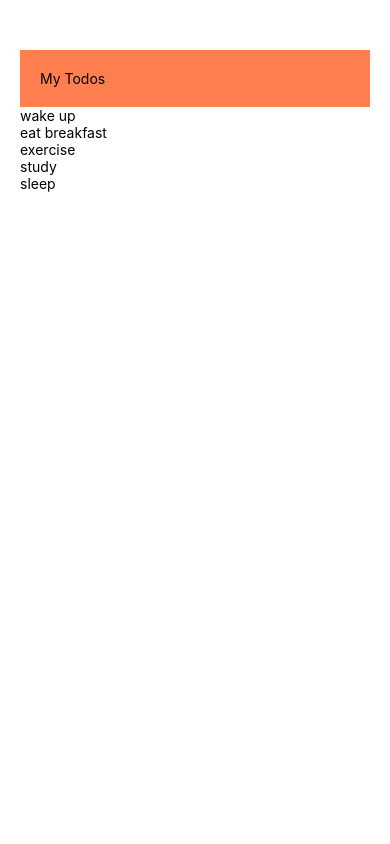
Repository: shiv0403/React-native-tutorial
Screen: /
These files come from the project's save history. The screen is drawn as it stood at one moment and after the next save; the edit follows.
The app was drawn by React Native's web renderer in a window 390 px wide. The project was rebuilt for these pictures with package versions that can differ from the ones it lists, and the page was loaded fresh each time.

Above is the screen before, as saved 2021-02-11 09:14:30.

### App.js
import React, { useState } from "react";
import {
  FlatList,
  StyleSheet,
  Text,
  TouchableOpacity,
  View,
} from "react-native";
import Header from "./components/Header";

export default function App() {
  const [todo, setTodo] = useState([
    { text: "wake up", key: "1" },
    { text: "eat breakfast", key: "2" },
    { text: "exercise", key: "3" },
    { text: "study", key: "4" },
    { text: "sleep", key: "5" },
  ]);

  return (
    <View style={styles.container}>
      <Header />
      <View style={styles.content}>
        {/* to form */}
        <View style={styles.list}>
          <FlatList
            data={todo}
            keyExtractor={(item) => item.key}
            renderItem={({ item }) => {
              return <Text>{item.text}</Text>;
            }}
          />
        </View>
      </View>
    </View>
  );
}

const styles = StyleSheet.create({
  container: {
    flex: 1,
    backgroundColor: "#fff",
    marginTop: 30,
    padding: 20,
  },
});

### components/Header.js
import React, { useState } from "react";
import { StyleSheet, Text, View } from "react-native";

export default function Header() {
  return (
    <View style={styles.header}>
      <Text style={styles.title}>My Todos</Text>
    </View>
  );
}

const styles = StyleSheet.create({
  header: {
    padding: 20,
    backgroundColor: "coral",
  },
});

After the next save:
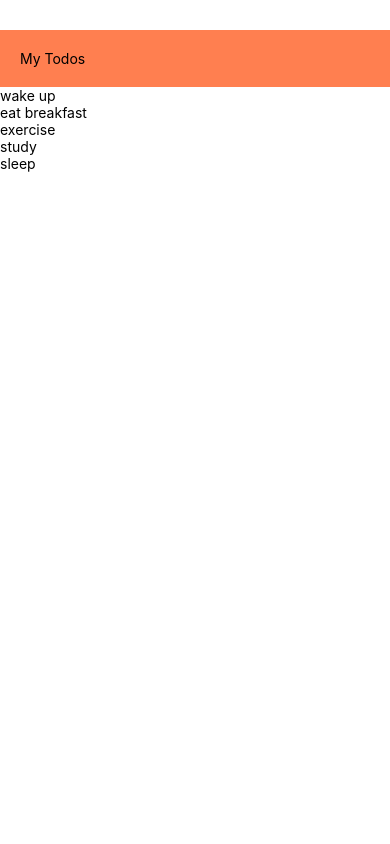
Saved 15 s later.
--- a/App.js
+++ b/App.js
@@ -41,6 +41,5 @@ const styles = StyleSheet.create({
     flex: 1,
     backgroundColor: "#fff",
     marginTop: 30,
-    padding: 20,
   },
 });
